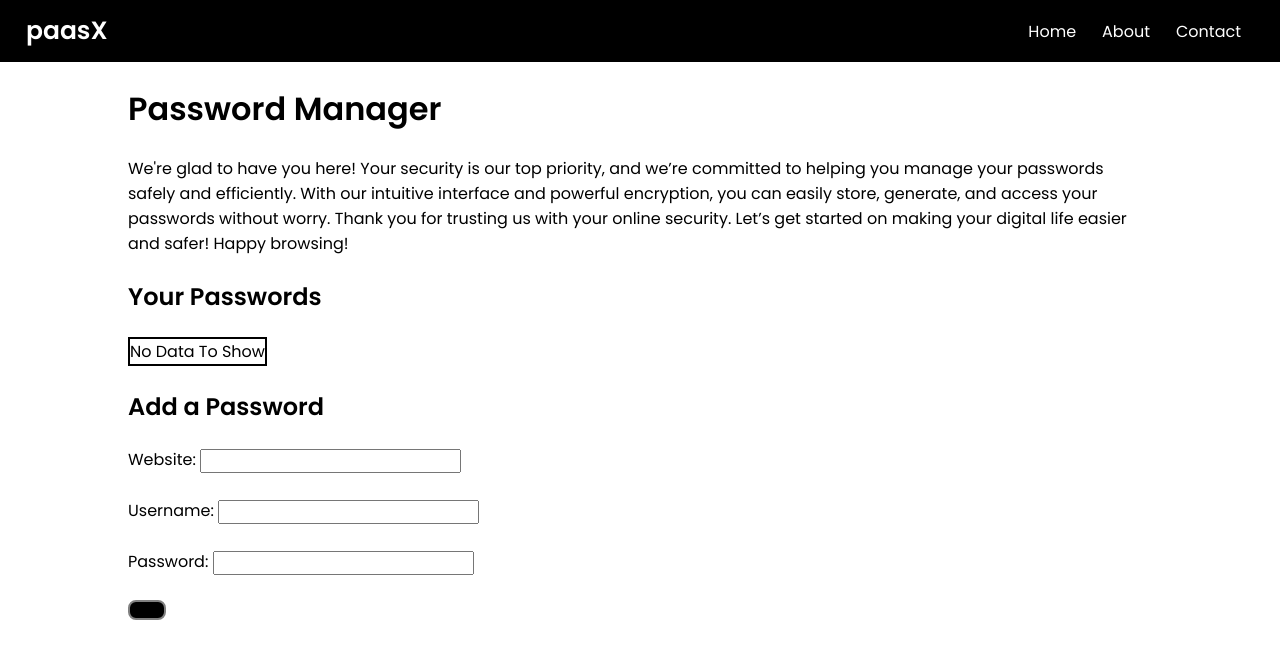
Repository: Abhi2807ar/PASSWORD-MANAGER
Page: index.html
An editor plug-in stored every save of this project. The page is shown before and after the next save, followed by the edit.
The browser window is 1280 px wide. The pictures show the whole page.

Above is the page before, as saved 2024-10-14 19:03:24.

After the next save:
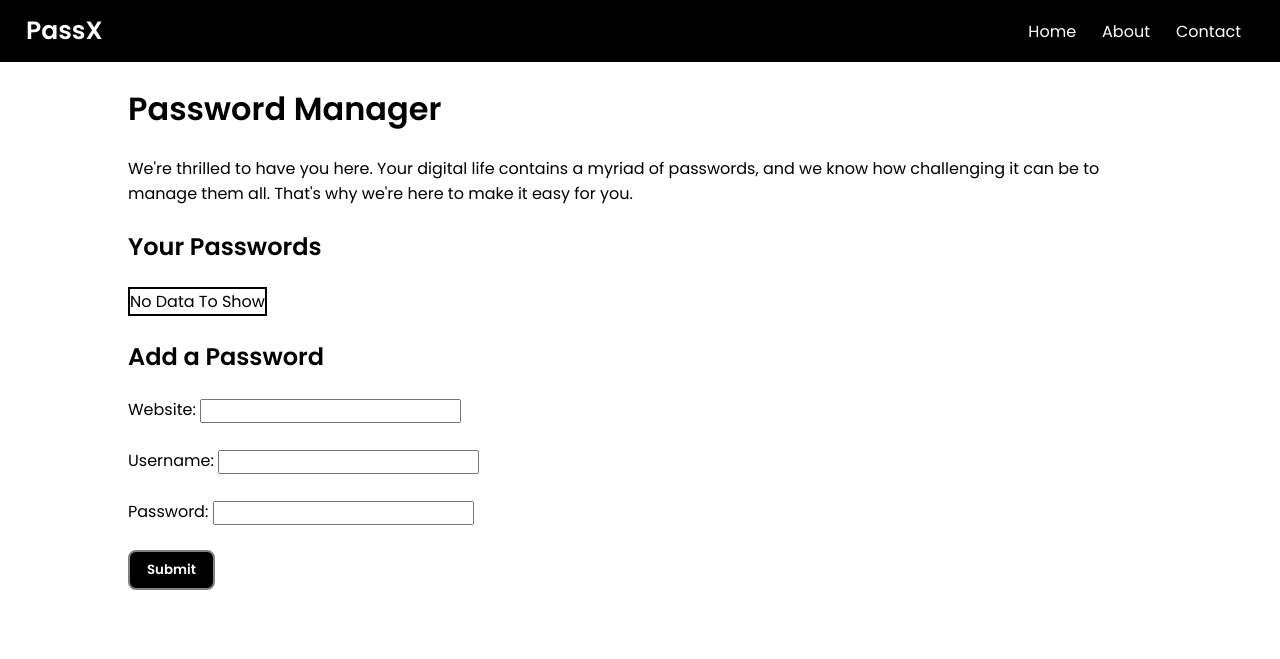
Saved 9 s later.
--- a/index.html
+++ b/index.html
@@ -1,49 +1,46 @@
+
 <!DOCTYPE html>
 <html lang="en">
+
 <head>
     <meta charset="UTF-8">
     <meta name="viewport" content="width=device-width, initial-scale=1.0">
-    <title>Documentx</title>
-  <link rel="stylesheet" href="style.css">
-
+    <title>PassX - Your Personal Password Manager</title>
+    <link rel="stylesheet" href="style.css">
 </head>
 
 <body>
     <nav>
-        <div class="logo">paasX</div>
+        <div class="logo">PassX</div>
         <ul>
             <li>Home</li>
             <li>About</li>
             <li>Contact</li>
-
         </ul>
-
     </nav>
     <div class="container">
         <h1>Password Manager</h1>
-        <p> We're glad to have you here! Your security is our top priority,
-             and we’re committed to helping you manage your passwords safely and efficiently.
-              With our intuitive interface and powerful encryption, you can easily store, generate, and access your passwords without worry.
-Thank you for trusting us with your online security. Let’s get started on making your digital life easier and safer!
-Happy browsing!
-        </p>
+        <p>We're thrilled to have you here. Your digital life contains a myriad of passwords, and we know how
+            challenging it can be to manage them all. That's why we're here to make it easy for you.</p>
         <h2>Your Passwords <span id="alert">(Copied!)</span></h2>
-
         <table>
             <tr>
-              <th>website</th>
-              <th>username</th>
-              <th>Password</th>
-              <th>Delete</th>
+                <th>Website</th>
+                <th>Username</th>
+                <th>Password</th>
+                <th>Delete</th>
             </tr>
 
-          </table>
+        </table>
+
         <h2>Add a Password</h2>
         <form action="/submit" method="post">
- <!-- Text input for website -->
+
+            <!-- Text input for website -->
             <label for="website">Website:</label>
             <input type="text" id="website" name="website" required>
             <br><br>
+
             <!-- Text input for username -->
             <label for="username">Username:</label>
             <input type="text" id="username" name="username" required>
@@ -53,12 +50,11 @@ Happy browsing!
             <label for="password">Password:</label>
             <input type="password" id="password" name="password" required>
             <br>
+            <!-- Submit button -->
+            <button class="btn" type="submit">Submit</button>
+        </form>
+    </div>
+    <script src="script.js"></script>
+</body>
 
-            <!-- Submit button -->
-           <button class="btn" type="submit"></button>
-                </form>
-    </div>
-    <script src="index.js"></script>
-
-</body>
 </html>
